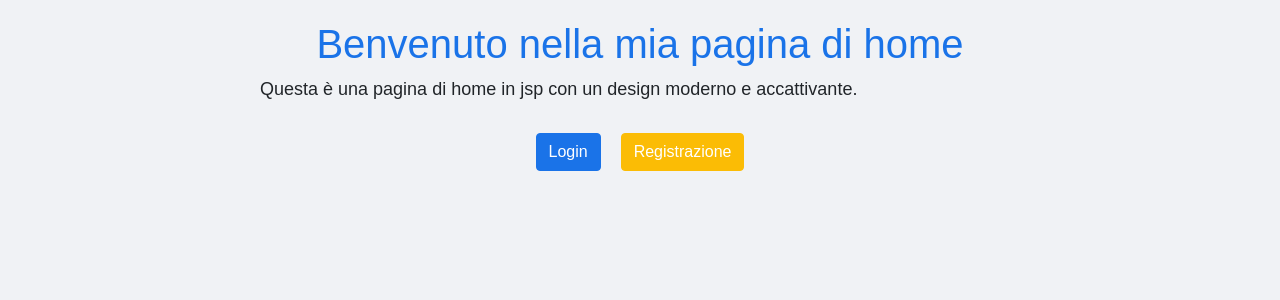
Repository: GabrielCellammare/WebApplication-SA-CyberSecurity
Page: http://localhost/WebProject-CellammareGabriel_ApplicationSecurity_/userNotLogged/index.jsp
The author's editor kept a copy of each file at every save. The page is drawn from the files as they stood at one save, then again after the next save.
The browser window is 1280 px wide. The pictures show the whole page.
The page is served by Tomcat 9. Nobody is signed in. The application's start-up code is not run. Other server files are loaded and not shown.

Above is the page before, as saved 2024-01-12 10:46:55.

### WebProject-CellammareGabriel(ApplicationSecurity)/WebContent/userNotLogged/index.jsp
<%@ page language="java" contentType="text/html; charset=UTF-8" pageEncoding="UTF-8"%>
<!DOCTYPE html>
<html>
<head>
    <meta charset="UTF-8">
    <title>La mia pagina di home</title>
    <!-- Bootstrap CDN -->
    <link rel="stylesheet" href="https://stackpath.bootstrapcdn.com/bootstrap/4.5.2/css/bootstrap.min.css">
    <!-- Il mio file css -->
    <link rel="stylesheet" href="css/style.css">
</head>
<body>
    <div class="container">
        <h1>Benvenuto nella mia pagina di home</h1>
        <p>Questa è una pagina di home in jsp con un design moderno e accattivante.</p>
        <div class="buttons">
            <a href="login.jsp" class="btn btn-primary">Login</a>
            <a href="register.jsp" class="btn btn-secondary">Registrazione</a>
        </div>
    </div>
</body>
</html>

### WebProject-CellammareGabriel(ApplicationSecurity)/WebContent/userNotLogged/css/style.css
@charset "ISO-8859-1";

/* Il mio file css */

/* Colori moderni */
:root {
    --primary-color: #1a73e8;
    --secondary-color: #fbbc05;
    --background-color: #f0f2f5;
}

/* Stili generali */
body {
    background-color: var(--background-color);
    font-family: Arial, sans-serif;
}

.container {
    max-width: 800px;
    margin: 0 auto;
    padding: 20px;
}

h1 {
    color: var(--primary-color);
    text-align: center;
}

p {
    font-size: 18px;
    line-height: 1.5;
}

.buttons {
    display: flex;
    justify-content: center;
    margin-top: 20px;
}

.btn {
    margin: 10px;
}

.btn-primary {
    background-color: var(--primary-color);
    border-color: var(--primary-color);
}

.btn-secondary {
    background-color: var(--secondary-color);
    border-color: var(--secondary-color);
}

### WebProject-CellammareGabriel(ApplicationSecurity)/WebContent/userNotLogged/style.css
@charset "ISO-8859-1";

/* Il mio file css */

/* Colori moderni */
:root {
    --primary-color: #1a73e8;
    --secondary-color: #fbbc05;
    --background-color: #f0f2f5;
}

/* Stili generali */
body {
    background-color: var(--background-color);
    font-family: Arial, sans-serif;
}

.container {
    max-width: 800px;
    margin: 0 auto;
    padding: 20px;
}

h1 {
    color: var(--primary-color);
    text-align: center;
}

p {
    font-size: 18px;
    line-height: 1.5;
}

.buttons {
    display: flex;
    justify-content: center;
    margin-top: 20px;
}

.btn {
    margin: 10px;
}

.btn-primary {
    background-color: var(--primary-color);
    border-color: var(--primary-color);
}

.btn-secondary {
    background-color: var(--secondary-color);
    border-color: var(--secondary-color);
}

After the next save:
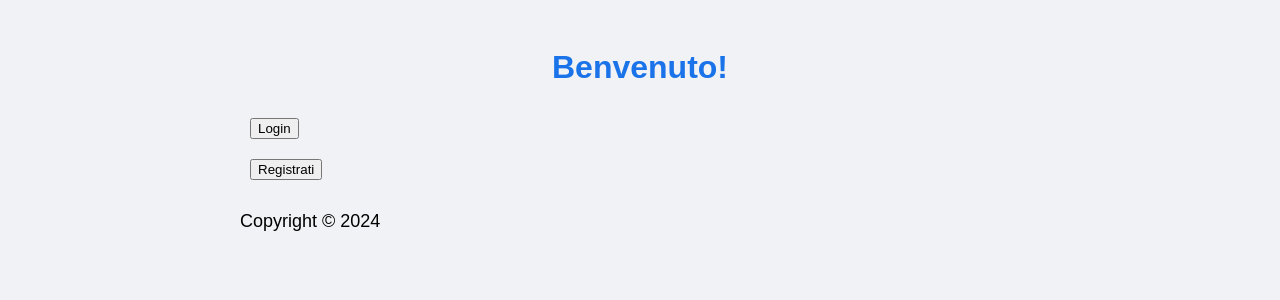
Saved 2 min 27 s later.
--- a/WebProject-CellammareGabriel(ApplicationSecurity)/WebContent/userNotLogged/index.jsp
+++ b/WebProject-CellammareGabriel(ApplicationSecurity)/WebContent/userNotLogged/index.jsp
@@ -1,21 +1,30 @@
 <%@ page language="java" contentType="text/html; charset=UTF-8" pageEncoding="UTF-8"%>
 <!DOCTYPE html>
-<html>
+<html lang="it">
 <head>
     <meta charset="UTF-8">
-    <title>La mia pagina di home</title>
-    <!-- Bootstrap CDN -->
-    <link rel="stylesheet" href="https://stackpath.bootstrapcdn.com/bootstrap/4.5.2/css/bootstrap.min.css">
-    <!-- Il mio file css -->
-    <link rel="stylesheet" href="css/style.css">
+    <title>Home Page</title>
+    <link rel="stylesheet" href="style.css">
 </head>
 <body>
     <div class="container">
-        <h1>Benvenuto nella mia pagina di home</h1>
-        <p>Questa è una pagina di home in jsp con un design moderno e accattivante.</p>
-        <div class="buttons">
-            <a href="login.jsp" class="btn btn-primary">Login</a>
-            <a href="register.jsp" class="btn btn-secondary">Registrazione</a>
+        <div class="header">
+            <h1>Benvenuto!</h1>
+        </div>
+        <div class="main">
+            <div class="login">
+                <a href="login.jsp">
+                    <button class="btn">Login</button>
+                </a>
+            </div>
+            <div class="register">
+                <a href="register.jsp">
+                    <button class="btn">Registrati</button>
+                </a>
+            </div>
+        </div>
+        <div class="footer">
+            <p>Copyright &copy; 2024</p>
         </div>
     </div>
 </body>
